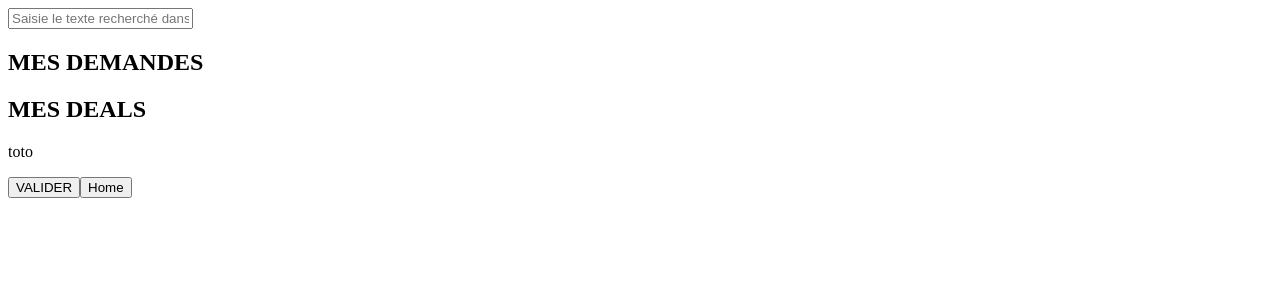
Repository: ProjetManiax/Projet-Maniax
Page: http://localhost/database/application/views/viewDeal.php
An editor plug-in stored every save of this project. The page is shown before and after the next save, followed by the edit.
The browser window is 1280 px wide. The pictures show the whole page.
The page is run by PHP 8.4 with error messages shown; the project is at /var/www/html/. application/core/MY_Config.php is not in the repository; a stand-in opens the database connection.

Above is the page before, as saved 2018-10-25 03:39:56.
Console error: SyntaxError: Unexpected token '<'

### application/views/viewDeal.php
<!DOCTYPE html>
<html lang="en">
<head>
<meta charset="utf-8" />
    <meta http-equiv="X-UA-Compatible" content="IE=edge">
    <title>Création d'un deal</title>
    <meta name="viewport" content="width=device-width, initial-scale=1">
    <script src='../jQuery/jquery-3.1.1.js'></script>
    <script src='../js/myFunctions.js'></script>
    <link rel="stylesheet" href="../css/bootstrap.min.css">
</head>
<body>
    <div>
        <input type="text" class="col-md-12 bg-light" placeholder="Saisie le texte recherché dans une offre">
    </div>
    <div class="row">
        <div class="col-md-6">
            <div>
                <h2>MES DEMANDES</h2>

            </div>
            <div>
                <h2 class="">MES DEALS</h2>
            </div>
        </div>
        <div class="col-md-6">
            <div>
            <p>toto</p>
            </div>
            <div>

            </div>
        </div>
    </div>
    <div>
        <div class="footer align-items-center">
            <button class="btn btn-lg btn-primary btn-block">VALIDER</button><a href="home"><button class="btn btn-lg btn-primary btn-block" href="home" value="Home" name="home" >Home</button></a>
        </div>
    </div>

</body>
</html>

### index.php
<?php
/**
 * CodeIgniter
 *
 * An open source application development framework for PHP
 *
 * This content is released under the MIT License (MIT)
 *
 * Copyright (c) 2014 - 2018, British Columbia Institute of Technology
 *
 * Permission is hereby granted, free of charge, to any person obtaining a copy
 * of this software and associated documentation files (the "Software"), to deal
 * in the Software without restriction, including without limitation the rights
 * to use, copy, modify, merge, publish, distribute, sublicense, and/or sell
 * copies of the Software, and to permit persons to whom the Software is
 * furnished to do so, subject to the following conditions:
 *
 * The above copyright notice and this permission notice shall be included in
 * all copies or substantial portions of the Software.
 *
 * THE SOFTWARE IS PROVIDED "AS IS", WITHOUT WARRANTY OF ANY KIND, EXPRESS OR
 * IMPLIED, INCLUDING BUT NOT LIMITED TO THE WARRANTIES OF MERCHANTABILITY,
 * FITNESS FOR A PARTICULAR PURPOSE AND NONINFRINGEMENT. IN NO EVENT SHALL THE
 * AUTHORS OR COPYRIGHT HOLDERS BE LIABLE FOR ANY CLAIM, DAMAGES OR OTHER
 * LIABILITY, WHETHER IN AN ACTION OF CONTRACT, TORT OR OTHERWISE, ARISING FROM,
 * OUT OF OR IN CONNECTION WITH THE SOFTWARE OR THE USE OR OTHER DEALINGS IN
 * THE SOFTWARE.
 *
 * @package	CodeIgniter
 * @author	EllisLab Dev Team
 * @copyright	Copyright (c) 2008 - 2014, EllisLab, Inc. (https://ellislab.com/)
 * @copyright	Copyright (c) 2014 - 2018, British Columbia Institute of Technology (http://bcit.ca/)
 * @license	http://opensource.org/licenses/MIT	MIT License
 * @link	https://codeigniter.com
 * @since	Version 1.0.0
 * @filesource
 */

/*
 *---------------------------------------------------------------
 * APPLICATION ENVIRONMENT
 *---------------------------------------------------------------
 *
 * You can load different configurations depending on your
 * current environment. Setting the environment also influences
 * things like logging and error reporting.
 *
 * This can be set to anything, but default usage is:
 *
 *     development
 *     testing
 *     production
 *
 * NOTE: If you change these, also change the error_reporting() code below
 */
	define('ENVIRONMENT', isset($_SERVER['CI_ENV']) ? $_SERVER['CI_ENV'] : 'development');

/*
 *---------------------------------------------------------------
 * ERROR REPORTING
 *---------------------------------------------------------------
 *
 * Different environments will require different levels of error reporting.
 * By default development will show errors but testing and live will hide them.
 */
switch (ENVIRONMENT)
{
	case 'development':
		error_reporting(-1);
		ini_set('display_errors', 1);
	break;

	case 'testing':
	case 'production':
		ini_set('display_errors', 0);
		if (version_compare(PHP_VERSION, '5.3', '>='))
		{
			error_reporting(E_ALL & ~E_NOTICE & ~E_DEPRECATED & ~E_STRICT & ~E_USER_NOTICE & ~E_USER_DEPRECATED);
		}
		else
		{
			error_reporting(E_ALL & ~E_NOTICE & ~E_STRICT & ~E_USER_NOTICE);
		}
	break;

	default:
		header('HTTP/1.1 503 Service Unavailable.', TRUE, 503);
		echo 'The application environment is not set correctly.';
		exit(1); // EXIT_ERROR
}

/*
 *---------------------------------------------------------------
 * SYSTEM DIRECTORY NAME
 *---------------------------------------------------------------
 *
 * This variable must contain the name of your "system" directory.
 * Set the path if it is not in the same directory as this file.
 */
	$system_path = 'system';

/*
 *---------------------------------------------------------------
 * APPLICATION DIRECTORY NAME
 *---------------------------------------------------------------
 *
 * If you want this front controller to use a different "application"
 * directory than the default one you can set its name here. The directory
 * can also be renamed or relocated anywhere on your server. If you do,
 * use an absolute (full) server path.
 * For more info please see the user guide:
 *
 * https://codeigniter.com/user_guide/general/managing_apps.html
 *
 * NO TRAILING SLASH!
 */
	$application_folder = 'application';

/*
 *---------------------------------------------------------------
 * VIEW DIRECTORY NAME
 *---------------------------------------------------------------
 *
 * If you want to move the view directory out of the application
 * directory, set the path to it here. The directory can be renamed
 * and relocated anywhere on your server. If blank, it will default
 * to the standard location inside your application directory.
 * If you do move this, use an absolute (full) server path.
 *
 * NO TRAILING SLASH!
 */
	$view_folder = '';


/*
 * --------------------------------------------------------------------
 * DEFAULT CONTROLLER
 * --------------------------------------------------------------------
 *
 * Normally you will set your default controller in the routes.php file.
 * You can, however, force a custom routing by hard-coding a
 * specific controller class/function here. For most applications, you
 * WILL NOT set your routing here, but it's an option for those
 * special instances where you might want to override the standard
 * routing in a specific front controller that shares a common CI installation.
 *
 * IMPORTANT: If you set the routing here, NO OTHER controller will be
 * callable. In essence, this preference limits your application to ONE
 * specific controller. Leave the function name blank if you need
 * to call functions dynamically via the URI.
 *
 * Un-comment the $routing array below to use this feature
 */
	// The directory name, relative to the "controllers" directory.  Leave blank
	// if your controller is not in a sub-directory within the "controllers" one
	// $routing['directory'] = '';

	// The controller class file name.  Example:  mycontroller
	// $routing['controller'] = '';

	// The controller function you wish to be called.
	// $routing['function']	= '';


/*
 * -------------------------------------------------------------------
 *  CUSTOM CONFIG VALUES
 * -------------------------------------------------------------------
 *
 * The $assign_to_config array below will be passed dynamically to the
 * config class when initialized. This allows you to set custom config
 * items or override any default config values found in the config.php file.
 * This can be handy as it permits you to share one application between
 * multiple front controller files, with each file containing different
 * config values.
 *
 * Un-comment the $assign_to_config array below to use this feature
 */
	// $assign_to_config['name_of_config_item'] = 'value of config item';



// --------------------------------------------------------------------
// END OF USER CONFIGURABLE SETTINGS.  DO NOT EDIT BELOW THIS LINE
// --------------------------------------------------------------------

/*
 * ---------------------------------------------------------------
 *  Resolve the system path for increased reliability
 * ---------------------------------------------------------------
 */

	// Set the current directory correctly for CLI requests
	if (defined('STDIN'))
	{
		chdir(dirname(__FILE__));
	}

	if (($_temp = realpath($system_path)) !== FALSE)
	{
		$system_path = $_temp.DIRECTORY_SEPARATOR;
	}
	else
	{
		// Ensure there's a trailing slash
		$system_path = strtr(
			rtrim($system_path, '/\\'),
			'/\\',
			DIRECTORY_SEPARATOR.DIRECTORY_SEPARATOR
		).DIRECTORY_SEPARATOR;
	}

	// Is the system path correct?
	if ( ! is_dir($system_path))
	{
		header('HTTP/1.1 503 Service Unavailable.', TRUE, 503);
		echo 'Your system folder path does not appear to be set correctly. Please open the following file and correct this: '.pathinfo(__FILE__, PATHINFO_BASENAME);
		exit(3); // EXIT_CONFIG
	}

/*
 * -------------------------------------------------------------------
 *  Now that we know the path, set the main path constants
 * -------------------------------------------------------------------
 */
	// The name of THIS file
	define('SELF', pathinfo(__FILE__, PATHINFO_BASENAME));

	// Path to the system directory
	define('BASEPATH', $system_path);

	// Path to the front controller (this file) directory
	define('FCPATH', dirname(__FILE__).DIRECTORY_SEPARATOR);

	// Name of the "system" directory
	define('SYSDIR', basename(BASEPATH));

	// The path to the "application" directory
	if (is_dir($application_folder))
	{
		if (($_temp = realpath($application_folder)) !== FALSE)
		{
			$application_folder = $_temp;
		}
		else
		{
			$application_folder = strtr(
				rtrim($application_folder, '/\\'),
				'/\\',
				DIRECTORY_SEPARATOR.DIRECTORY_SEPARATOR
			);
		}
	}
	elseif (is_dir(BASEPATH.$application_folder.DIRECTORY_SEPARATOR))
	{
		$application_folder = BASEPATH.strtr(
			trim($application_folder, '/\\'),
			'/\\',
			DIRECTORY_SEPARATOR.DIRECTORY_SEPARATOR
		);
	}
	else
	{
		header('HTTP/1.1 503 Service Unavailable.', TRUE, 503);
		echo 'Your application folder path does not appear to be set correctly. Please open the following file and correct this: '.SELF;
		exit(3); // EXIT_CONFIG
	}

	define('APPPATH', $application_folder.DIRECTORY_SEPARATOR);

	// The path to the "views" directory
	if ( ! isset($view_folder[0]) && is_dir(APPPATH.'views'.DIRECTORY_SEPARATOR))
	{
		$view_folder = APPPATH.'views';
	}
	elseif (is_dir($view_folder))
	{
		if (($_temp = realpath($view_folder)) !== FALSE)
		{
			$view_folder = $_temp;
		}
		else
		{
			$view_folder = strtr(
				rtrim($view_folder, '/\\'),
				'/\\',
				DIRECTORY_SEPARATOR.DIRECTORY_SEPARATOR
			);
		}
	}
	elseif (is_dir(APPPATH.$view_folder.DIRECTORY_SEPARATOR))
	{
		$view_folder = APPPATH.strtr(
			trim($view_folder, '/\\'),
			'/\\',
			DIRECTORY_SEPARATOR.DIRECTORY_SEPARATOR
		);
	}
	else
	{
		header('HTTP/1.1 503 Service Unavailable.', TRUE, 503);
		echo 'Your view folder path does not appear to be set correctly. Please open the following file and correct this: '.SELF;
		exit(3); // EXIT_CONFIG
	}

	define('VIEWPATH', $view_folder.DIRECTORY_SEPARATOR);

/*
 * --------------------------------------------------------------------
 * LOAD THE BOOTSTRAP FILE
 * --------------------------------------------------------------------
 *
 * And away we go...
 */
require_once BASEPATH.'core/CodeIgniter.php';

### application/views/errors/html/error_php.php
<?php
defined('BASEPATH') OR exit('No direct script access allowed');
?>

<div style="border:1px solid #990000;padding-left:20px;margin:0 0 10px 0;">

<h4>A PHP Error was encountered</h4>

<p>Severity: <?php echo $severity; ?></p>
<p>Message:  <?php echo $message; ?></p>
<p>Filename: <?php echo $filepath; ?></p>
<p>Line Number: <?php echo $line; ?></p>

<?php if (defined('SHOW_DEBUG_BACKTRACE') && SHOW_DEBUG_BACKTRACE === TRUE): ?>

	<p>Backtrace:</p>
	<?php foreach (debug_backtrace() as $error): ?>

		<?php if (isset($error['file']) && strpos($error['file'], realpath(BASEPATH)) !== 0): ?>

			<p style="margin-left:10px">
			File: <?php echo $error['file'] ?><br />
			Line: <?php echo $error['line'] ?><br />
			Function: <?php echo $error['function'] ?>
			</p>

		<?php endif ?>

	<?php endforeach ?>

<?php endif ?>

</div>

### application/views/errors/html/error_exception.php
<?php
defined('BASEPATH') OR exit('No direct script access allowed');
?>

<div style="border:1px solid #990000;padding-left:20px;margin:0 0 10px 0;">

<h4>An uncaught Exception was encountered</h4>

<p>Type: <?php echo get_class($exception); ?></p>
<p>Message: <?php echo $message; ?></p>
<p>Filename: <?php echo $exception->getFile(); ?></p>
<p>Line Number: <?php echo $exception->getLine(); ?></p>

<?php if (defined('SHOW_DEBUG_BACKTRACE') && SHOW_DEBUG_BACKTRACE === TRUE): ?>

	<p>Backtrace:</p>
	<?php foreach ($exception->getTrace() as $error): ?>

		<?php if (isset($error['file']) && strpos($error['file'], realpath(BASEPATH)) !== 0): ?>

			<p style="margin-left:10px">
			File: <?php echo $error['file']; ?><br />
			Line: <?php echo $error['line']; ?><br />
			Function: <?php echo $error['function']; ?>
			</p>
		<?php endif ?>

	<?php endforeach ?>

<?php endif ?>

</div>

Loaded but not shown: system/core/CodeIgniter.php (common file); application/config/constants.php (common file); system/core/Common.php (common file); system/core/Benchmark.php (common file); system/core/Hooks.php (common file); system/core/Config.php (common file); system/core/Exceptions.php (common file); system/core/Log.php (common file); application/config/config.php (523 lines, source omitted)

After the next save:
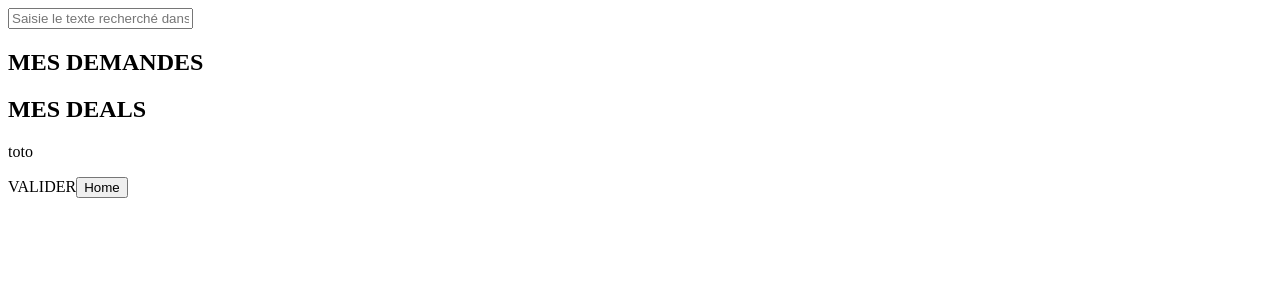
Saved 23 s later.
--- a/application/views/viewDeal.php
+++ b/application/views/viewDeal.php
@@ -33,7 +33,7 @@
         </div>
     </div>
     <div>
-        <div class="footer align-items-center">
+        <div class="footer>
             <button class="btn btn-lg btn-primary btn-block">VALIDER</button><a href="home"><button class="btn btn-lg btn-primary btn-block" href="home" value="Home" name="home" >Home</button></a>
         </div>
     </div>

After the 2 saves that followed:
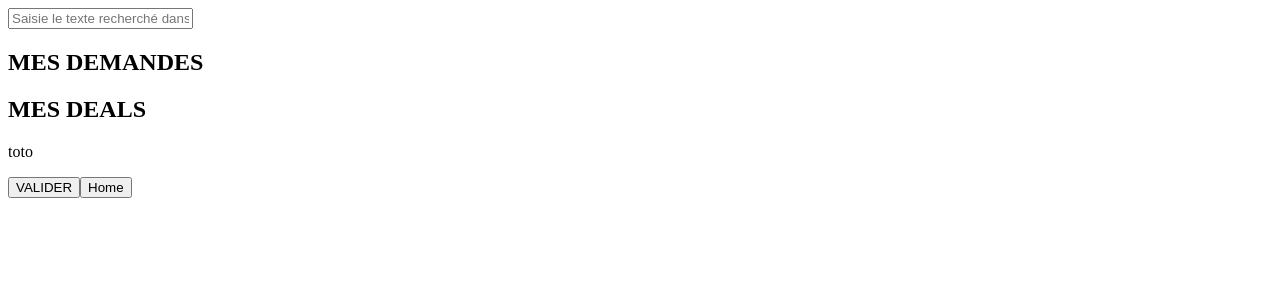
The 2 saves are shown as one change because 1 left the picture as it was.
The last was saved 15 s later.
--- a/application/views/viewDeal.php
+++ b/application/views/viewDeal.php
@@ -33,7 +33,7 @@
         </div>
     </div>
     <div>
-        <div class="footer>
+        <div class="row">
             <button class="btn btn-lg btn-primary btn-block">VALIDER</button><a href="home"><button class="btn btn-lg btn-primary btn-block" href="home" value="Home" name="home" >Home</button></a>
         </div>
     </div>
